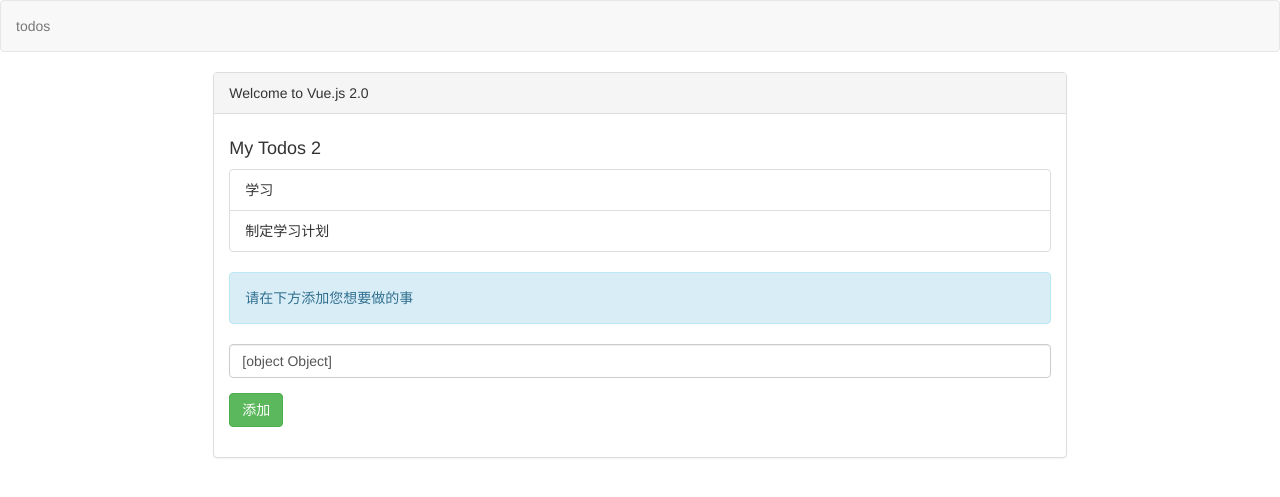
Repository: myr1111/todo
Page: Todoapp/index.html
The author's editor kept a copy of each file at every save. The page is drawn from the files as they stood at one save, then again after the next save.
The browser window is 1280 px wide. The pictures show the whole page.

Above is the page before, as saved 2019-04-01 08:36:05.

After the next save:
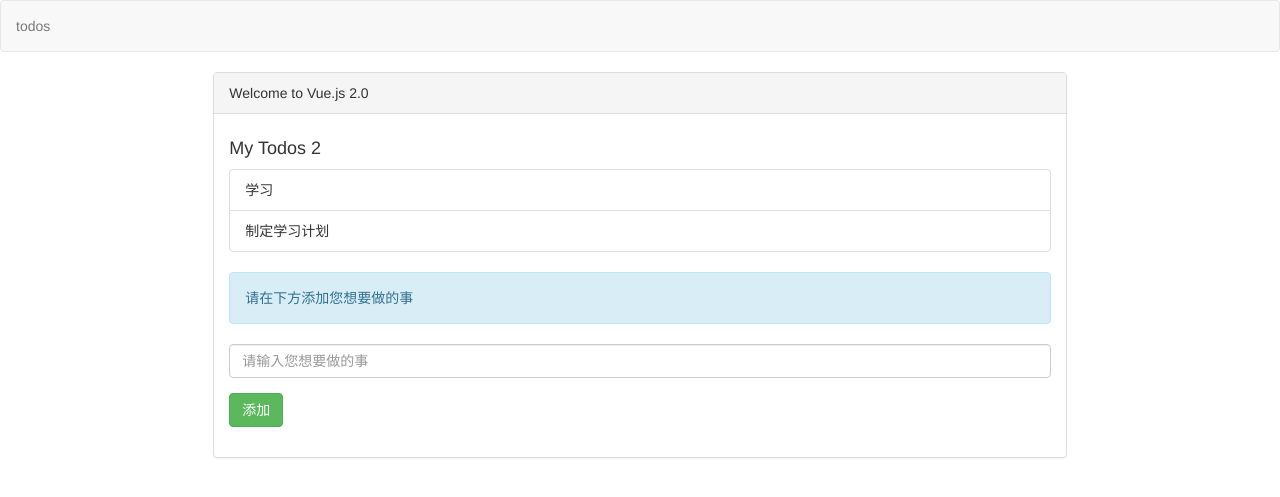
Saved 8 s later.
--- a/Todoapp/index.html
+++ b/Todoapp/index.html
@@ -26,7 +26,7 @@
                     <div class="alert alert-info">请在下方添加您想要做的事</div>
                     <form v-on:submit.prevent="add()">
                         <div class="form-group">
-                            <input v-model="newTodo" type="text" placeholder="请输入您想要做的事" class="form-control">
+                            <input v-model="newTodo.title" type="text" placeholder="请输入您想要做的事" class="form-control">
                         </div>
                         <div class="form-group">
                             <button type="submit" class="btn btn-success">添加</button>
